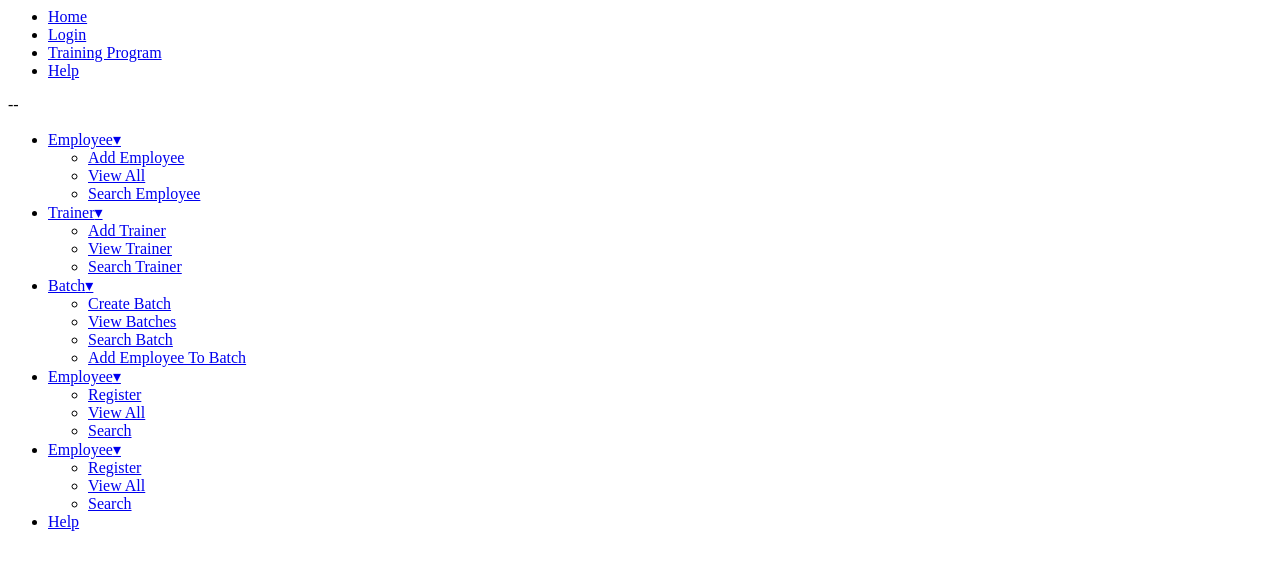
Repository: Dipak27/Dipak-s-front-end
Page: http://localhost/Traning_Management/adminmenustrip.jsp
An editor plug-in stored every save of this project. The page is shown before and after the next save, followed by the edit.
The browser window is 1280 px wide. The pictures show the whole page.
The page is served by Tomcat 9. Other server files are loaded and not shown.

Above is the page before, as saved 2016-11-09 13:41:24.

### Training Management Project/Traning_Management/src/main/webapp/adminmenustrip.jsp

	<div class="nav-main-container">
			<div class="container_24">
				<div class="grid_24">
					<ul id="topmenunav" class="nav-main">
						<li><a rel="home" href="#home">Home</a></li>
						<li><a rel="login" href="#login">Login</a></li>
						<li><a rel="trainingprogram" href="#trainingprogram">Training Program</a></li>
						<li><a rel="help" href="#help">Help</a></li>


					</ul>
				</div>
				<div class="clear"></div>
			</div>
		</div>
		--
		<div class="nav-main-container">
			<div class="container_24">
				<div class="grid_24">
					<ul id="topmenunav" class="nav-main">

						<li><a rel="employee" href="#">Employee<span

							class="icon">&#9662;</span></a>
							<ul>
								<li><a href="#">Add Employee</a></li>
								<li><a href="#">View All</a></li>
								<li><a href="#">Search Employee</a></li>

							</ul>
						</li>

						<li><a rel="trainer" href="#">Trainer<span

							class="icon">&#9662;</span></a>
							<ul>
								<li><a href="#">Add Trainer</a></li>
								<li><a href="#">View Trainer</a></li>
								<li><a href="#">Search Trainer</a></li>

							</ul>
						</li>
						<li><a rel="batch" href="#">Batch<span

							class="icon">&#9662;</span></a>
							<ul>
								<li><a href="#">Create Batch</a></li>
								<li><a href="#">View Batches</a></li>
								<li><a href="#">Search Batch</a></li>
								<li><a href="#">Add Employee To Batch</a></li>

							</ul>
						</li>
						<li><a rel="session" href="#">Employee<span

							class="icon">&#9662;</span></a>
							<ul>
								<li><a href="#">Register</a></li>
								<li><a href="#">View All</a></li>
								<li><a href="#">Search</a></li>

							</ul>
						</li>
						<li><a rel="employee" href="#">Employee<span

							class="icon">&#9662;</span></a>
							<ul>
								<li><a href="#">Register</a></li>
								<li><a href="#">View All</a></li>
								<li><a href="#">Search</a></li>

							</ul>
						</li>



						<li><a rel="help" href="help.html">Help</a></li>

					</ul>
				</div>
				<div class="clear"></div>
			</div>
		</div>

After the next save:
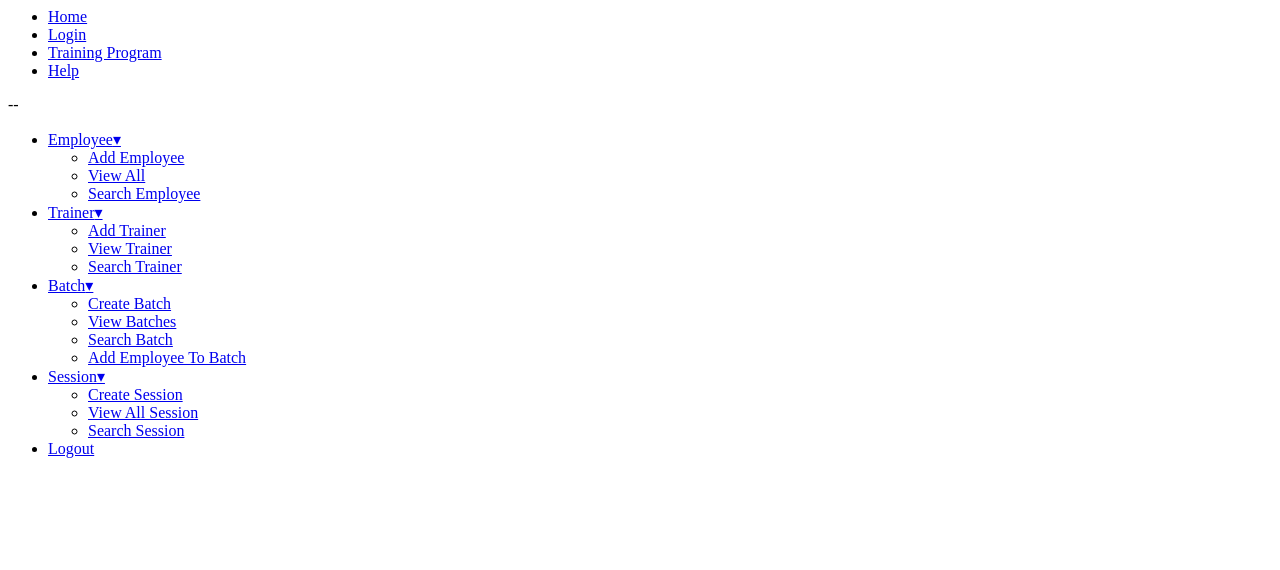
Saved 2 min 44 s later.
--- a/Training Management Project/Traning_Management/src/main/webapp/adminmenustrip.jsp
+++ b/Training Management Project/Traning_Management/src/main/webapp/adminmenustrip.jsp
@@ -52,30 +52,19 @@
 
 							</ul>
 						</li>
-						<li><a rel="session" href="#">Employee<span
+						<li><a rel="session" href="#">Session<span
 
 							class="icon">&#9662;</span></a>
 							<ul>
-								<li><a href="#">Register</a></li>
-								<li><a href="#">View All</a></li>
-								<li><a href="#">Search</a></li>
-
-							</ul>
-						</li>
-						<li><a rel="employee" href="#">Employee<span
-
-							class="icon">&#9662;</span></a>
-							<ul>
-								<li><a href="#">Register</a></li>
-								<li><a href="#">View All</a></li>
-								<li><a href="#">Search</a></li>
+								<li><a href="#">Create Session</a></li>
+								<li><a href="#">View All Session</a></li>
+								<li><a href="#">Search Session</a></li>
 
 							</ul>
 						</li>
 
 
-
-						<li><a rel="help" href="help.html">Help</a></li>
+						<li><a rel="logout" href="#">Logout</a></li>
 
 					</ul>
 				</div>
